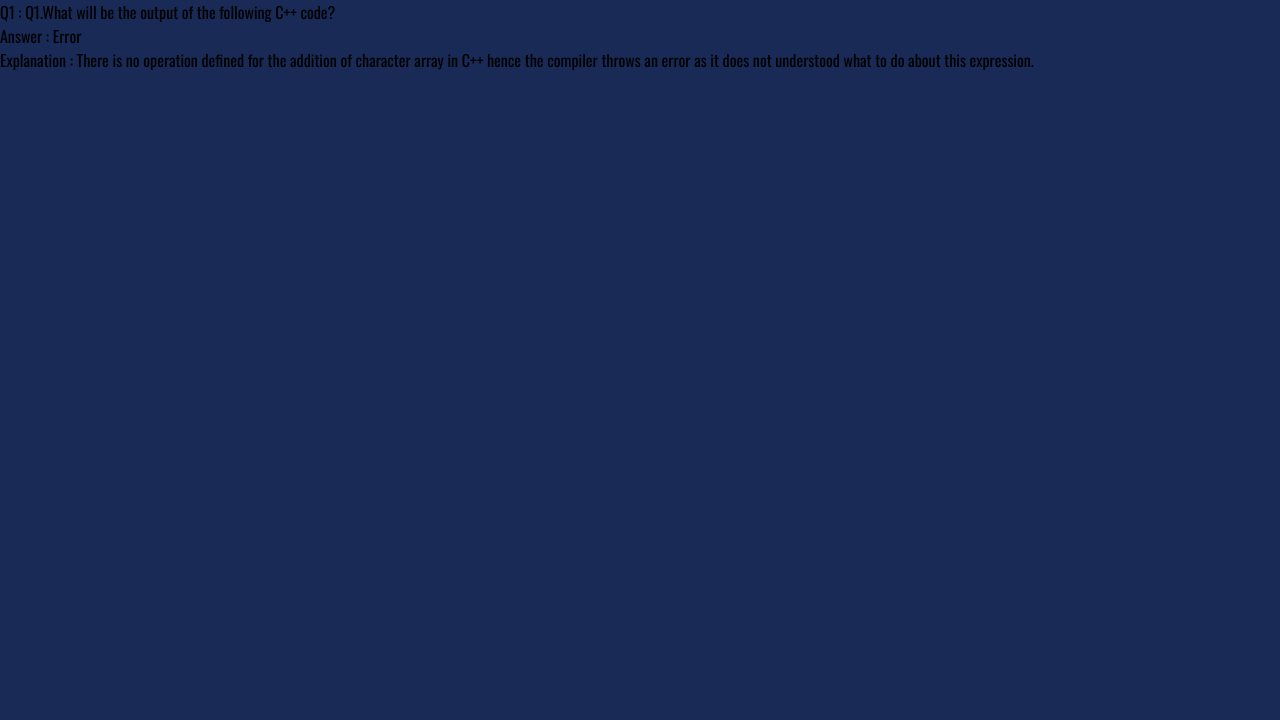
Repository: abdelrahmanahmed20021/Quiz-Platform
Page: info.html
The author's editor kept a copy of each file at every save. The page is drawn from the files as they stood at one save, then again after the next save.
The browser window is 1280 px wide. The pictures show the whole page.

Above is the page before, as saved 2023-01-11 18:04:24.

After the next save:
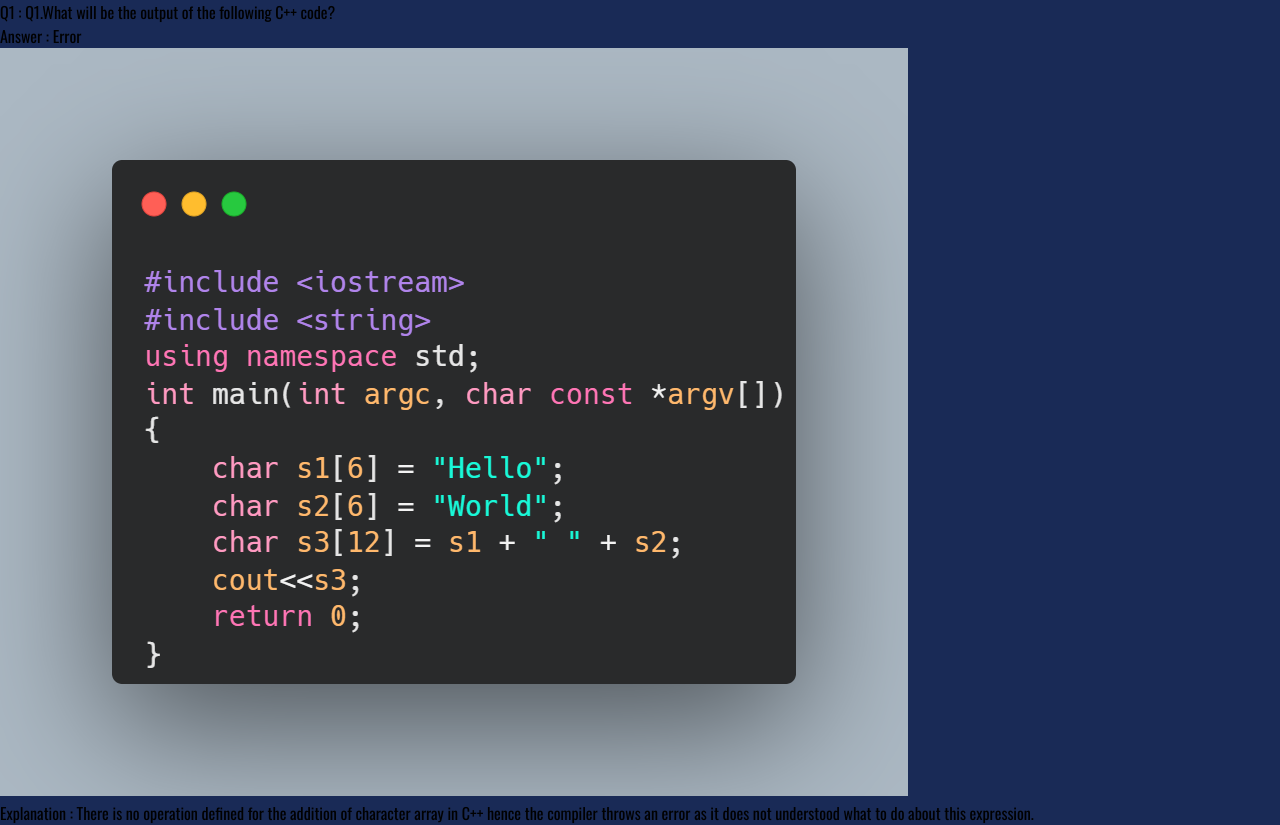
Saved 17 s later.
--- a/info.html
+++ b/info.html
@@ -17,6 +17,7 @@
        <ul>
          <li>Q1 : Q1.What will be the output of the following C++ code?</li>
          <li>Answer : Error</li>
+         <li><img src="../assets/code/1.png" alt=""></li>
          <li>Explanation :  There is no operation defined for the addition of character array in C++ hence the compiler throws an error as it does not understood what to do about this expression.</li>
        </ul>
     </body>
